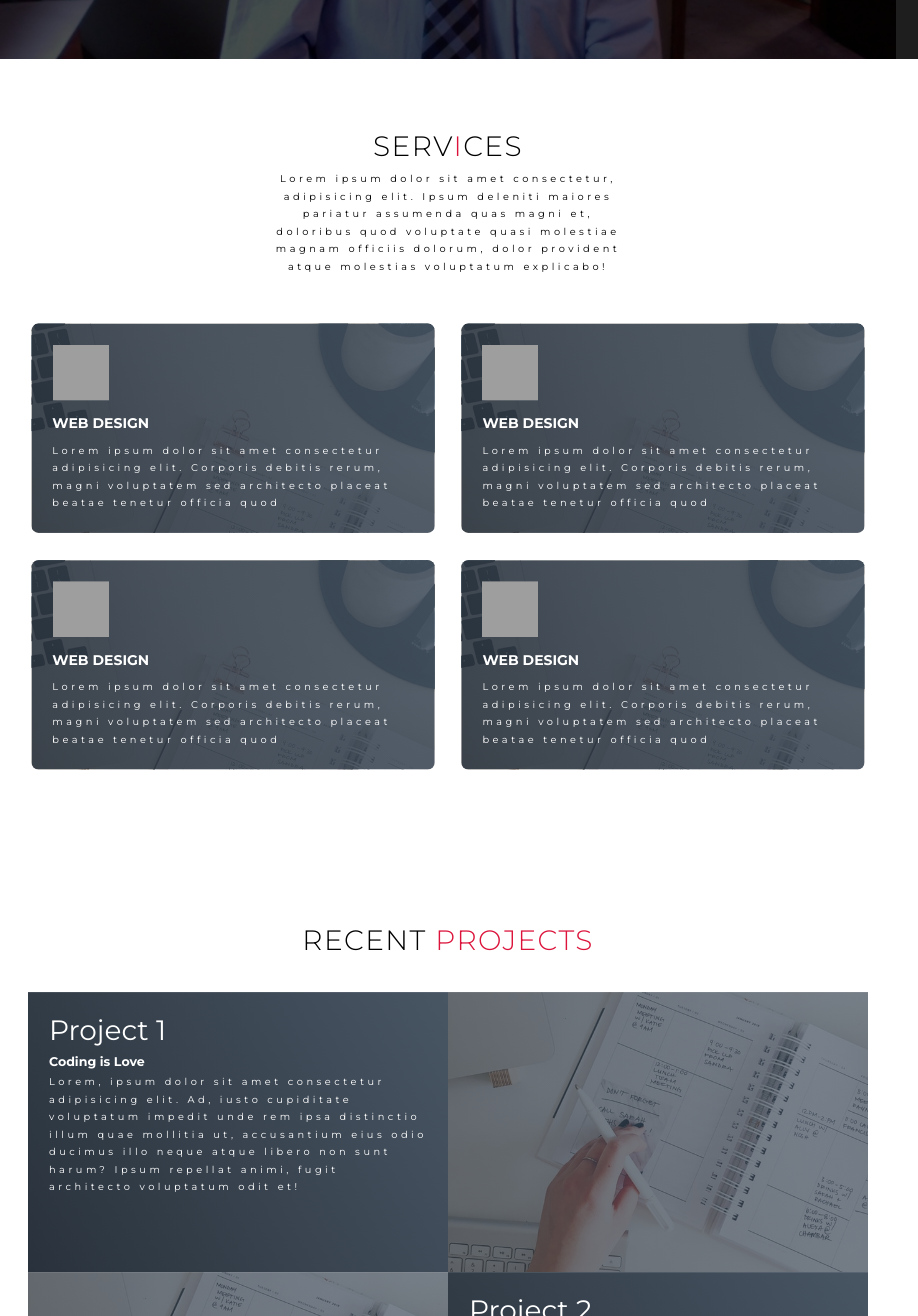
Repository: randysteele/my-portfolio-2023
Page: index.html
These files come from the project's save history. The page is drawn as it stood at one moment and after the next save; the edit follows.
The browser window is 1280 px wide. The page is 1311 px wide, so the pictures cover 1311 px, including what lies to the right of the window. The pictures show the part of the page from y = 635 to 2515 px (the page is 5855 px tall), at 70% of full size.
Pictures or frames that could not be fetched are drawn as grey boxes.

Above is the page before, as saved 2023-04-24 19:24:28.

After the next save:
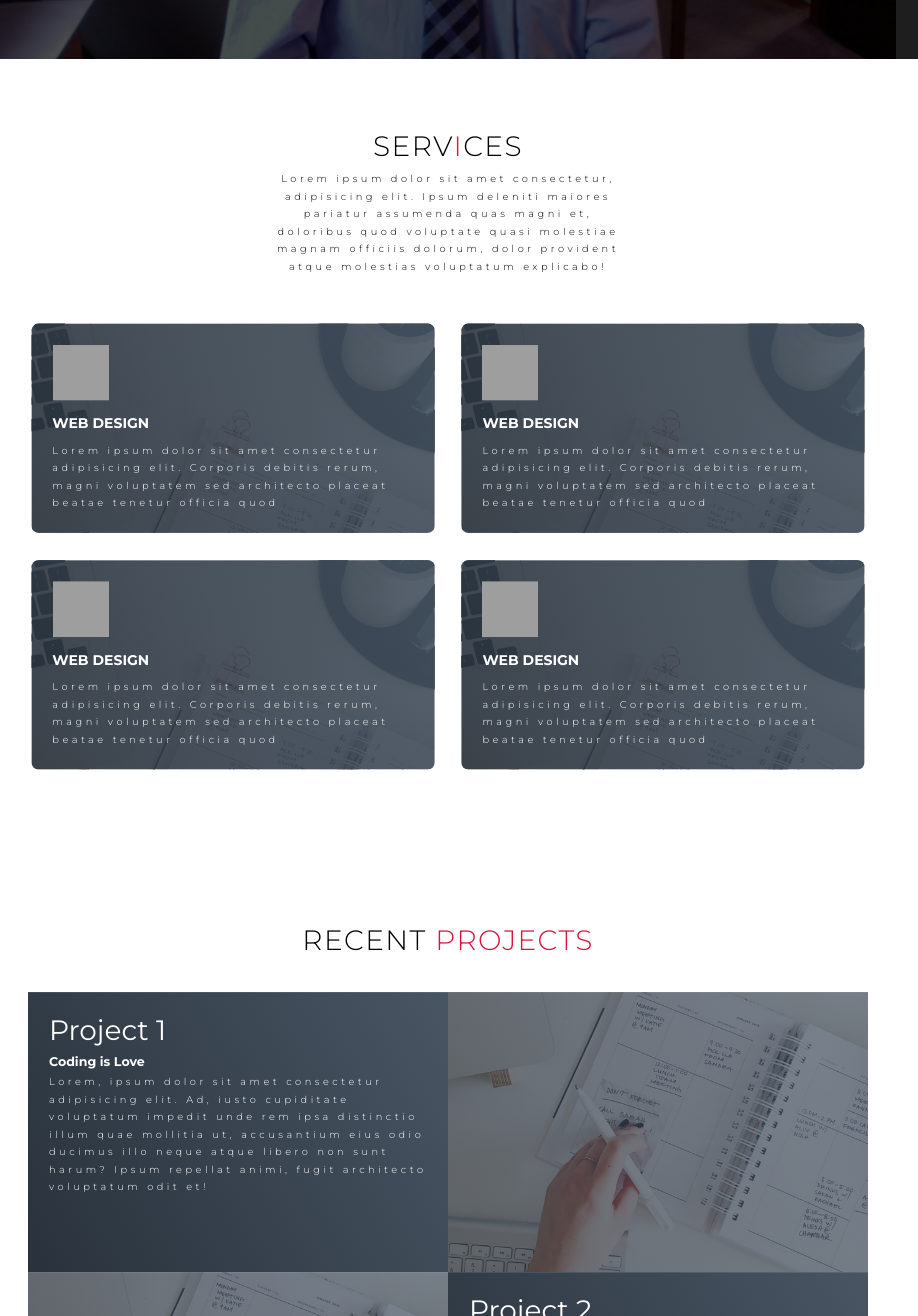
Saved 42 s later.
--- a/style.css
+++ b/style.css
@@ -31,7 +31,7 @@ p {
     font-size: 1.4rem;
     margin-top: 5px;
     line-height: 2.5rem;
-    font-weight: 300px;
+    font-weight: 300;
     letter-spacing: 0.5rem;
 }
 
